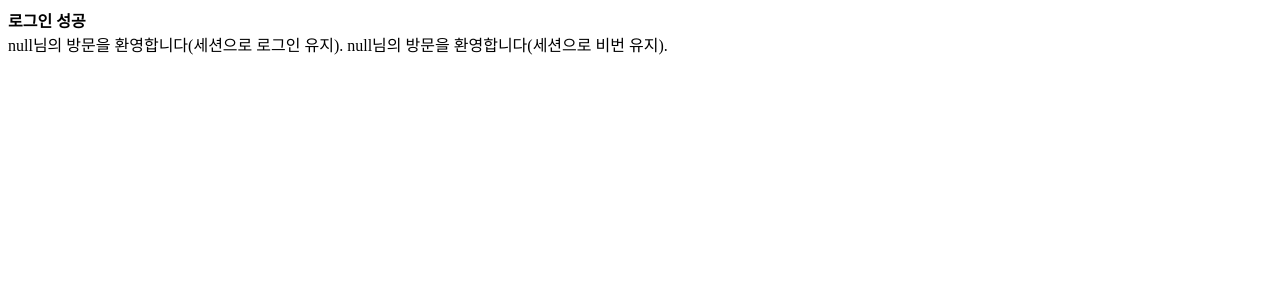
Repository: yurilee9696/jsp
Page: http://localhost/amasbin/loginOkProc.jsp
These files come from the project's save history. The page is drawn as it stood at one moment and after the next save; the edit follows.
The browser window is 1280 px wide. The pictures show the whole page.
The page is served by Tomcat 9.

Above is the page before, as saved 2018-05-01 01:54:49.

### project/amasbin/WebContent/loginOkProc.jsp
<%@ page language="java" contentType="text/html; charset=UTF-8"
    pageEncoding="UTF-8"%>
<!DOCTYPE html>
<html>
<head>
<meta charset="UTF-8">
<title>Insert title here</title>
</head>
<body>
<b>로그인 성공</b><br>
<%
String idSession=(String) session.getAttribute("id");
out.println(idSession+"님의 방문을 환영합니다(세션으로 로그인 유지).");


String pwSession=(String) session.getAttribute("pw");
out.println(pwSession+"님의 방문을 환영합니다(세션으로 비번 유지).");
%>
<form action="loginForm.jsp" method="post">
</form>
</body>
</html>

After the next save:
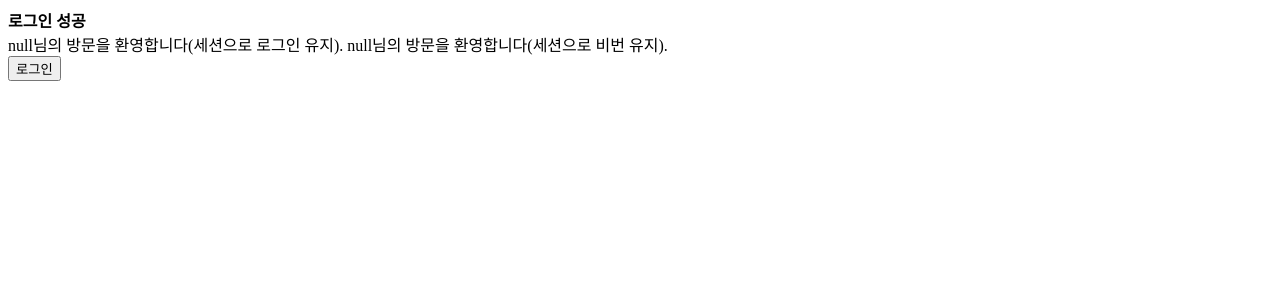
Saved 30 s later.
--- a/project/amasbin/WebContent/loginOkProc.jsp
+++ b/project/amasbin/WebContent/loginOkProc.jsp
@@ -16,7 +16,8 @@
 String pwSession=(String) session.getAttribute("pw");
 out.println(pwSession+"님의 방문을 환영합니다(세션으로 비번 유지).");
 %>
-<form action="loginForm.jsp" method="post">
-</form>
+	<form action="loginForm.jsp" method="post">
+		<input type="submit" value="로그인">
+	</form>
 </body>
 </html>
